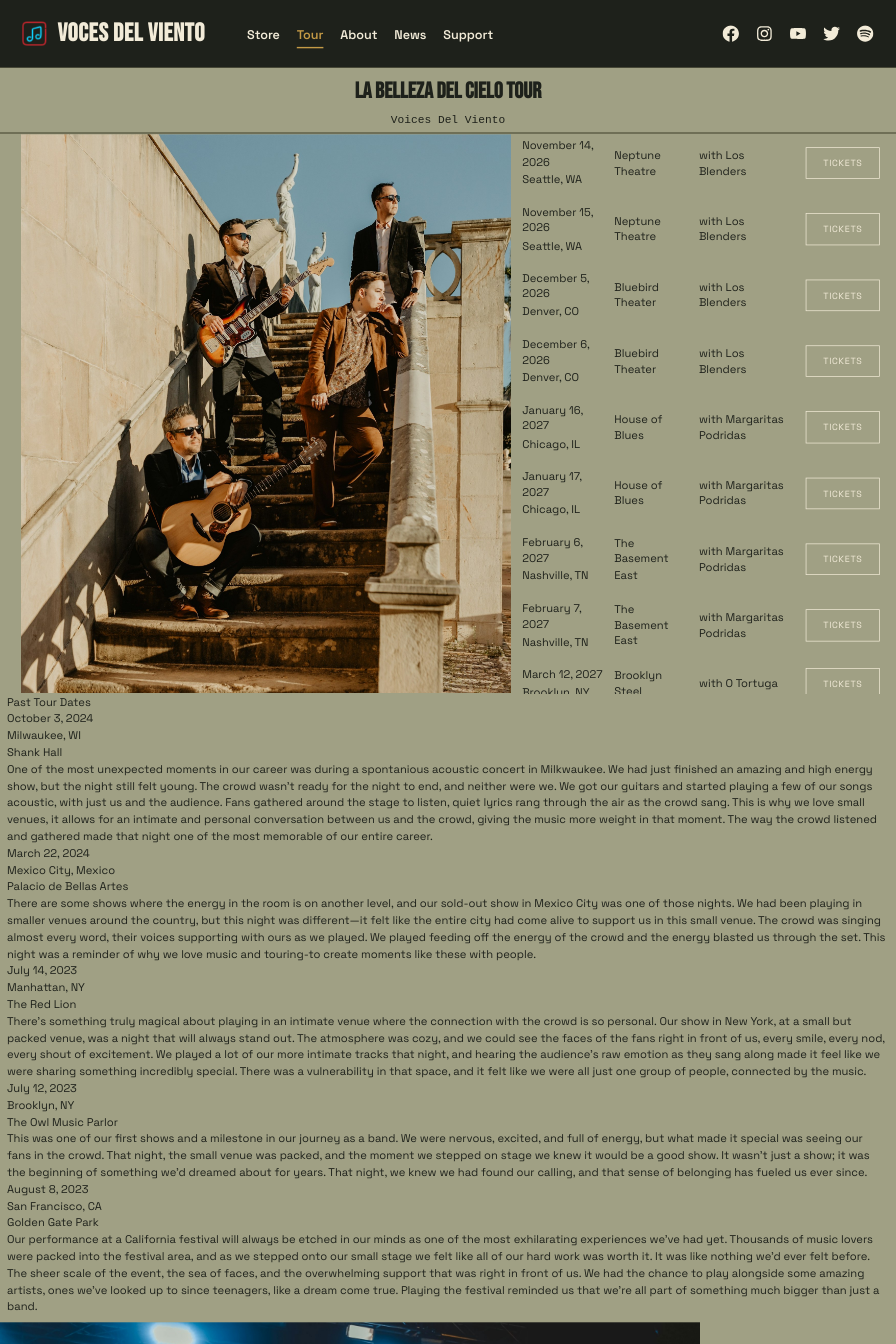
Repository: lime929/voices-del-viento
Page: /tour
These files come from the project's save history. The page is drawn as it stood at one moment and after a run of saves; the edit follows.
The browser window is 1280 px wide. The pictures show the part of the page from y = 0 to 1920 px (the page is 9957 px tall), at 70% of full size.
An inner scrolling area shows only its first screen. The project was rebuilt for these pictures with package versions that can differ from the ones it lists, and the page was loaded fresh each time. The framework's server and built-in components were replaced by stand-ins that run in the browser. Also part of the build but not shown: next.config.mjs.

Above is the page before, as saved 2026-09-14 15:40:50.

### app/layout.jsx
import '../app/globals.css';
import Footer from '../app/components/Footer';
import NavBar from '../app/components/NavBar';


export const metadata = {
  title: "Voces del Viento",
  description:
    "Voces del Viento is a Mexican indie rock band from Michoacán, blending classic Latin rock influences with modern sounds inspired by Caifanes, Juanes, and Los Enanitos Verdes. Discover their heartfelt music, cultural roots, and energetic live performances.",
  keywords: [
    "Voces del Viento",
    "Mexican indie rock",
    "Michoacán, Mexico",
    "Latin rock",
    "Alternative music",
    "band from Mexico",
    "indie music",
  ],
};

export default function MainLayout({ children }) {
  return (
    <html lang="en">
      <body>
        <NavBar />
        {children}
        <Footer />
      </body>
    </html>
  );
}

### app/tour/page.jsx
import styles from "./page.module.css";
import TourCurrent from "../components/TourCurrent";
import TourPast from "../components/TourPast";
import tours from "./tours.json";
import Image from "next/image";
import tourImage from "../../public/images/tour/tourImage.jpg";
import TourGallery from "../components/TourGallery";

export const metadata = {
  title: "Voces del Viento | Tour",
  description: "Live performances and tour dates for Voces del Viento. Check out our upcoming concerts and events.",
  keywords: [
    "Voces del Viento",
    "Concert announcements",
    "Live performances",
    "Tour dates",
    "Music events",
    "Band tour",
    "Live music",
    "Concert schedule",
    "Tour updates",
    "Music tour"
  ]
};

export default function TourPage() {
  const upcomingTours = tours.filter((tour) => tour.status === "upcoming");
  const pastTours = tours.filter((tour) => tour.status === "past");

  return (
    <>
      <div className={styles.tourContainer}>
      <div className={styles.tourHeader}>
        <h2 className={styles.tourTitle}>La Belleza del Cielo Tour</h2>
        <h4 className={styles.bandName}>Voices Del Viento</h4>
      </div>
       <div className={styles.currentColumns}>
  <div className={styles.currentTourImageWrap}>
          <Image
            src={tourImage}
            alt="Band's Tour image"
            width={700}
            height={800}
            sizes="100vw"
            className={styles.tourImage}
          />
        </div>
          <div className={styles.currentTourList}>
            {upcomingTours.map((tour) => (
            <TourCurrent key={tour.id} tour={tour} />
          ))}
          </div>
        </div>

        <div className={styles.pastTourList}>
          <h3 className={styles.pastTourTitle}>Past Tour Dates</h3>
          {pastTours.map((tour) => (
            <TourPast key={tour.id} tour={tour} />
          ))}
        </div>
      </div>
      <TourGallery />
    </>
  );
}

### app/globals.css
/* @import url("https://fonts.googleapis.com/css2?family=Bebas+Neue&family=DM+Sans:opsz,wght@9..40,400;9..40,500;9..40,600;9..40,700&family=Space+Mono:wght@400;700&display=swap");
@import url('https://fonts.googleapis.com/css2?family=Space+Grotesk:wght@300..700&display=swap'); */

@import url('https://fonts.googleapis.com/css2?family=Archivo+Black&family=Bebas+Neue&family=DM+Sans:ital,opsz,wght@0,9..40,100..1000;1,9..40,100..1000&family=Oswald:wght@200..700&family=Roboto+Mono:ital,wght@0,100..700;1,100..700&family=Space+Grotesk:wght@300..700&display=swap');
@import "tailwindcss";

@theme {
      /* Large headings and album titles */
  --font-display: "Bebas Neue", sans-serif;
    /* Paragraphs, navigation, and buttons */
  --font-body: "Space Grotesk", sans-serif;
    /* Dates, labels, and small details */
  --font-mono: "Space Mono", monospace;

    /* Main page background */
  --color-band-bg: #A0A084;
    /* Main text, dark sections & footer */
  --color-band-ink: #1E211B;
    /* Text on dark/red backgrounds */
  --color-band-cream: #F2EBD8;
    /* Borders and secondary accents */
  --color-band-olive: #5a5a44;
    /* Small highlights and labels */
  --color-band-gold: #C49A46;
}

body {
  font-family: var(--font-body);
  background-color: var(--color-band-bg);
  color: var(--color-band-ink);
  margin: 0;
  padding: 0;
}

### app/components/Footer.jsx
export default function Footer() {
  return (
    <footer className="border-t border-band-olive bg-band-ink py-8 px-4 sm:px-6">
      <div className="mx-auto max-w-6xl">
        <div className="flex flex-col items-center justify-between gap-8 text-sm md:flex-row">
          {/* Copyright */}
          <div className="order-2 text-center md:order-1 md:text-left">
            <p className="font-semibold text-band-cream">
              © {new Date().getFullYear()}{' '}
              <span className="font-black text-band-cream">Voices Del Viento</span>
            </p>
            <p className="mt-1 font-mono text-xs tracking-wider text-band-gold">
              Made with Next.js & Tailwind by Liliana Mendez
            </p>
          </div>

          {/* Right links */}
          <nav className="order-1 flex items-center gap-6 md:order-2">
            <a
              href="/store"
              className="border-b-2 border-transparent pb-1 text-sm font-semibold text-band-cream transition-all duration-200 hover:border-band-gold hover:text-band-gold"
            >
              Store
            </a>
            <a
              href="/tour"
              className="border-b-2 border-transparent pb-1 text-sm font-semibold text-band-cream transition-all duration-200 hover:border-band-gold hover:text-band-gold"
            >
              Tour
            </a>
            <a
              href="/about"
              className="border-b-2 border-transparent pb-1 text-sm font-semibold text-band-cream transition-all duration-200 hover:border-band-gold hover:text-band-gold"
            >
              About
            </a>
            <a
              href="/news"
              className="border-b-2 border-transparent pb-1 text-sm font-semibold text-band-cream transition-all duration-200 hover:border-band-gold hover:text-band-gold"
            >
              News
            </a>
            <a
              href="/support"
              className="border-b-2 border-transparent pb-1 text-sm font-semibold text-band-cream transition-all duration-200 hover:border-band-gold hover:text-band-gold"
            >
              Support
            </a>
          </nav>
        </div>
      </div>
    </footer>
  );
}

### app/components/NavBar.jsx
'use client';
import { useState } from "react";
import Link from "next/link";
import Image from "next/image";
import { usePathname } from "next/navigation";
import { FaBars, FaTimes, FaFacebook, FaInstagram, FaYoutube, FaTwitter,FaSpotify } from "react-icons/fa";
import logoIcon from '../../app/icon.png';

export default function NavBar() {
  const [isMobileMenuOpen, setIsMobileMenuOpen] = useState(false);
  const pathname = usePathname();

  return (
    <>
      <nav className="bg-band-ink border-b border-band-olive sticky top-0 z-50">
        <div className="px-4 lg:px-6">
          <div className="relative flex h-24 items-center justify-between">

            {/* Mobile menu button: always positioned absolute left and hidden on md+ screens */}
            <div className="absolute inset-y-0 left-0 flex items-center md:hidden">
              <button
                onClick={() => setIsMobileMenuOpen(!isMobileMenuOpen)}
                className="inline-flex items-center justify-center p-2 rounded-md text-band-cream hover:text-band-gold hover:bg-band-olive/20 focus:outline-none focus:ring-2 focus:ring-band-gold"
                aria-controls="mobile-menu"
                aria-expanded={isMobileMenuOpen}
              >
                <span className="sr-only">Open main menu</span>
                {isMobileMenuOpen ? (
                  <FaTimes className="block h-6 w-6" />
                ) : (
                  <FaBars className="block h-6 w-6" />
                )}
              </button>
            </div>

            <div className="flex flex-1 items-center justify-center md:justify-start">
              <Link href="/" className="flex flex-shrink-0 items-center gap-2 hover:opacity-90 transition">
                <Image
                  src={logoIcon}
                  alt="Voices Del Viento Logo"
                  width={50}
                  height={50}
                  priority
                />

                <span className="hidden font-display text-4xl font-bold uppercase tracking-wide text-band-cream transition-colors hover:text-band-gold md:block md:mr-9">
                Voces Del Viento
                </span>
              </Link>


              <div className="hidden md:ml-6 md:block md:pt-2">
                <div className="flex space-x-4 lg:space-x-6">
                  <Link
                    href="/store"
                    className={`${
                      pathname === "/store" ? "border-b-2 border-band-gold text-band-gold" : "border-b-2 border-transparent text-band-cream hover:text-band-gold hover:border-band-gold"
                    } text-lg font-semibold pb-1 transition-all`}
                  >
                    Store
                  </Link>
                  <Link
                    href="/tour"
                    className={`${
                      pathname === "/tour" ? "border-b-2 border-band-gold text-band-gold" : "border-b-2 border-transparent text-band-cream hover:text-band-gold hover:border-band-gold"
                    } text-lg font-semibold pb-1 transition-all`}
                  >
                    Tour
                  </Link>
                  <Link
                    href="/about"
                    className={`${
                      pathname === "/about" ? "border-b-2 border-band-gold text-band-gold" : "border-b-2 border-transparent text-band-cream hover:text-band-gold hover:border-band-gold"
                    } text-lg font-semibold pb-1 transition-all`}
                  >
                    About
                  </Link>
                  <Link
                    href="/news"
                    className={`${
                      pathname === "/news" ? "border-b-2 border-band-gold text-band-gold" : "border-b-2 border-transparent text-band-cream hover:text-band-gold hover:border-band-gold"
                    } text-lg font-semibold pb-1 transition-all`}
                  >
                    News
                  </Link>
                  <Link
                    href="/support"
                    className={`${
                      pathname === "/support" ? "border-b-2 border-band-gold text-band-gold" : "border-b-2 border-transparent text-band-cream hover:text-band-gold hover:border-band-gold"
                    } text-lg font-semibold pb-1 transition-all`}
                  >
                    Support
                  </Link>
                </div>
              </div>
            </div>

            <div className="absolute inset-y-0 right-0 flex items-center pr-2 md:static md:ml-6 md:pr-0">
              <div className="flex items-center gap-2 text-band-cream">
             <button className="relative p-2 rounded-full transition-transform duration-250 ease-in-out hover:scale-110 hover:text-band-gold">
                    <FaFacebook className="h-6 w-6" />
                </button>
             <button className="relative p-2 rounded-full transition-transform duration-250 ease-in-out hover:scale-110 hover:text-band-gold">
                    <FaInstagram className="h-6 w-6" />
                </button>
             <button className="relative p-2 rounded-full transition-transform duration-250 ease-in-out hover:scale-110 hover:text-band-gold">
                    <FaYoutube className="h-6 w-6" />
                </button>
             <button className="relative p-2 rounded-full transition-transform duration-250 ease-in-out hover:scale-110 hover:text-band-gold">
                    <FaTwitter className="h-6 w-6" />
                </button>
            <button className="relative p-2 rounded-full transition-transform duration-250 ease-in-out hover:scale-110 hover:text-band-gold">
                    <FaSpotify className="h-6 w-6" />
                </button>
              </div>
            </div>
          </div>
        </div>

        {/* Mobile menu */}
        {isMobileMenuOpen && (
          <div className="md:hidden bg-band-ink/95 backdrop-blur-md border-t border-band-olive px-4 pb-4 pt-2 space-y-1">
            <Link
              href="/store"
              className={`${
                pathname === "/store" ? "bg-band-olive/20 text-band-cream" : "border-b-2 border-transparent text-band-cream hover:bg-band-olive/20 hover:text-band-gold"
              } block rounded-md px-3 py-3 text-base font-semibold transition-colors`}
              onClick={() => setIsMobileMenuOpen(false)}
            >
              Store
            </Link>
            <Link
              href="/tour"
              className={`${
                pathname === "/tour" ? "bg-band-olive/20 text-band-cream" : "border-b-2 border-transparent text-band-cream hover:bg-band-olive/20 hover:text-band-gold"
              } block rounded-md px-3 py-3 text-base font-semibold transition-colors`}
              onClick={() => setIsMobileMenuOpen(false)}
            >
              Tour
            </Link>
            <Link
              href="/about"
              className={`${
                pathname === "/about" ? "bg-band-olive/20 text-band-cream" : "border-b-2 border-transparent text-band-cream hover:bg-band-olive/20 hover:text-band-gold"
              } block rounded-md px-3 py-3 text-base font-semibold transition-colors`}
              onClick={() => setIsMobileMenuOpen(false)}
            >
              About
            </Link>
            <Link
              href="/news"
              className={`${
                pathname === "/news" ? "bg-band-olive/20 text-band-cream" : "border-b-2 border-transparent text-band-cream hover:bg-band-olive/20 hover:text-band-gold"
              } block rounded-md px-3 py-3 text-base font-semibold transition-colors`}
              onClick={() => setIsMobileMenuOpen(false)}
            >
              News
            </Link>
            <Link
              href="/support"
              className={`${
                pathname === "/support" ? "bg-band-olive/20 text-band-cream" : "border-b-2 border-transparent text-band-cream hover:bg-band-olive/20 hover:text-band-gold"
              } block rounded-md px-3 py-3 text-base font-semibold transition-colors`}
              onClick={() => setIsMobileMenuOpen(false)}
            >
              Support
            </Link>
          </div>
        )}
      </nav>
    </>
  );
}

### app/tour/page.module.css
/* Tour banner */
.tourContainer {
  display: flex;
  flex-direction: column;
  padding: 10px;
  background-color: var(--color-band-bg);
}

.tourHeader {
    align-items: center;
    text-align: center;
    width: 100vw;
    margin-left: calc(50% - 50vw);
    box-sizing: border-box;
}

.bandName {
  font-family: var(--font-mono);
  border-bottom: 2px solid var(--color-band-olive);
  padding-bottom: 5px;
}

.tourTitle {
  font-size: 2rem;
  font-weight: bold;
  margin-bottom: 5px;
  color: var(--color-band-ink);
  font-family: var(--font-display);
}

/* current tour entries */
.currentColumns {
  display: grid;
  grid-template-columns: 1fr 1fr;
  align-items: center;
  width: 100%;
}

.currentTourImageWrap {
  width: 700px;
  margin-top: 0;
  margin-left: 20px
}

.tourImage {
  width: 100%;
  height: auto;
  display: block;
}

.currentTourList {
  display: flex;
  flex-direction: column;
  gap: 0;
  max-height: 800px;
  overflow-y: auto;
  padding-right: 0.5rem;
}

.tourEntry {
  display: grid;
  grid-template-columns: 1.1fr 1fr 1.3fr auto;
  grid-template-rows: auto auto;
  align-items: center;
  gap: 1rem;
  padding: 0.4rem 0.3rem 0.1rem 1rem;
}

.tourEntry:hover {
  background-color: rgba(0, 0, 0, 0.05);
  transition: background-color 0.2s ease;
}

.tourDateLocation {
  display: flex;
  flex-direction: column;
  gap: 0.2rem;
}

.tourDateCell,
.tourLocationCell,
.tourVenueCell,
.tourGuestCell {
  font-size: 1rem;
  line-height: 1.4;
  margin: 0;
}

.tourTickets {
  justify-self: end;
  padding: 0.75rem 1.5rem;
  border: 1px solid var(--color-band-cream);
  text-decoration: none;
  color: var(--color-band-cream);
  text-transform: uppercase;
  letter-spacing: 0.08em;
  font-size: 0.8rem;
  transition: background-color 0.2s ease, color 0.2s ease;
}

.tourTickets:hover {
  background-color: #111;
  color: #fff;
}

/* smaller screens */
/* dates appear below img */
@media (width <= 768px) {
  .tourContainer {
    display: flex;
    flex-direction: column;
  }

  .currentColumns {
    display: flex;
    flex-direction: column;
    width: 100%;
  }

  .currentTourImageWrap {
    width: 100%;
    margin-left: 0;
  }
}

/* Tour Gallery */
/* Default thumbnail styling */
.tourGalleryImage {
  width: 100%;
  height: auto;
  cursor: zoom-in;
  transition: transform 0.3s ease; /* Smooth enlargement effect */
}

/* Styling applied when the image is clicked */
.tourGalleryImage.enlarged {
  transform: scale(2); /* Doubles the size. Adjust the scale ratio as needed */
  cursor: zoom-out;
  z-index: 999;        /* Layers it above other elements */
  position: relative;  /* Ensures z-index takes effect */
}

### app/components/TourCurrent.jsx
import styles from "../tour/page.module.css";

export default function TourCurrent({ tour }) {
  return (
    <div className={styles.tourEntry}>
      <div className={styles.tourDateLocation}>
        <div className={styles.tourDateCell}>{tour.date}</div>
        <div className={styles.tourLocationCell}>{tour.location}</div>
      </div>

      <div className={styles.tourVenueCell}>{tour.venue}</div>

      {tour.specialGuest && (
        <div className={styles.tourGuestCell}>{tour.specialGuest}</div>
      )}

      {tour.tickets && (
        <a
          href={tour.tickets.href}
          className={styles.tourTickets}
          target="_blank"
        >
          {tour.tickets.label}
        </a>
      )}
    </div>
  );
}

### app/components/TourPast.jsx
import styles from "../tour/page.module.css";

export default function TourPast({ tour }) {
  return (
  <>
    <div className={styles.pastTour}>
            <p className={styles.tourDate}>{tour.date}</p>
            <p className={styles.tourLocation}>{tour.location}</p>
            <p className={styles.tourVenue}>{tour.venue}</p>
            <p className={styles.tourDescription}>{tour.description}</p>
    </div>
  </>
  );
}

### app/components/TourGallery.jsx
"use client";

import { useState } from "react";
import Image from "next/image";
import styles from "../tour/page.module.css";
import tour1 from "../../public/images/tour/tour-1.jpg";
import tour2 from "../../public/images/tour/tour-2.jpg";
import tour3 from "../../public/images/tour/tour-3.jpg";
import tour4 from "../../public/images/tour/tour-4.jpg";
import tour5 from "../../public/images/tour/tour-5.jpg";
import tour6 from "../../public/images/tour/tour-6.jpg";
import tour7 from "../../public/images/tour/tour-7.jpg";
import tour8 from "../../public/images/tour/tour-8.jpg";

const images = [tour1, tour2, tour3, tour4, tour5, tour6, tour7, tour8];

export default function TourGallery() {
  const [selectedImage, setSelectedImage] = useState(images[0]);

  return (
    <div className={styles.tourGallery}>
      <div className={styles.tourSpotlight}>
        <Image
          src={selectedImage}
          alt="Selected tour image"
          width={1000}
          height={800}
          className={styles.tourSpotlightImage}
        />
      </div>

      <div className={styles.tourGalleryGrid}>
        {images.map((image, index) => (
          <button
            key={index}
            type="button"
            className={styles.tourGalleryThumbButton}
            onClick={() => setSelectedImage(image)}
            aria-label={`View tour image ${index + 1}`}
          >
            <Image
              src={image}
              alt={`Tour Image ${index + 1}`}
              width={300}
              height={240}
              className={styles.tourGalleryImage}
            />
          </button>
        ))}
      </div>
    </div>
  );
}

Loaded but not shown: app/tour/tours.json (247 lines, source omitted)

After the next 2 saves:
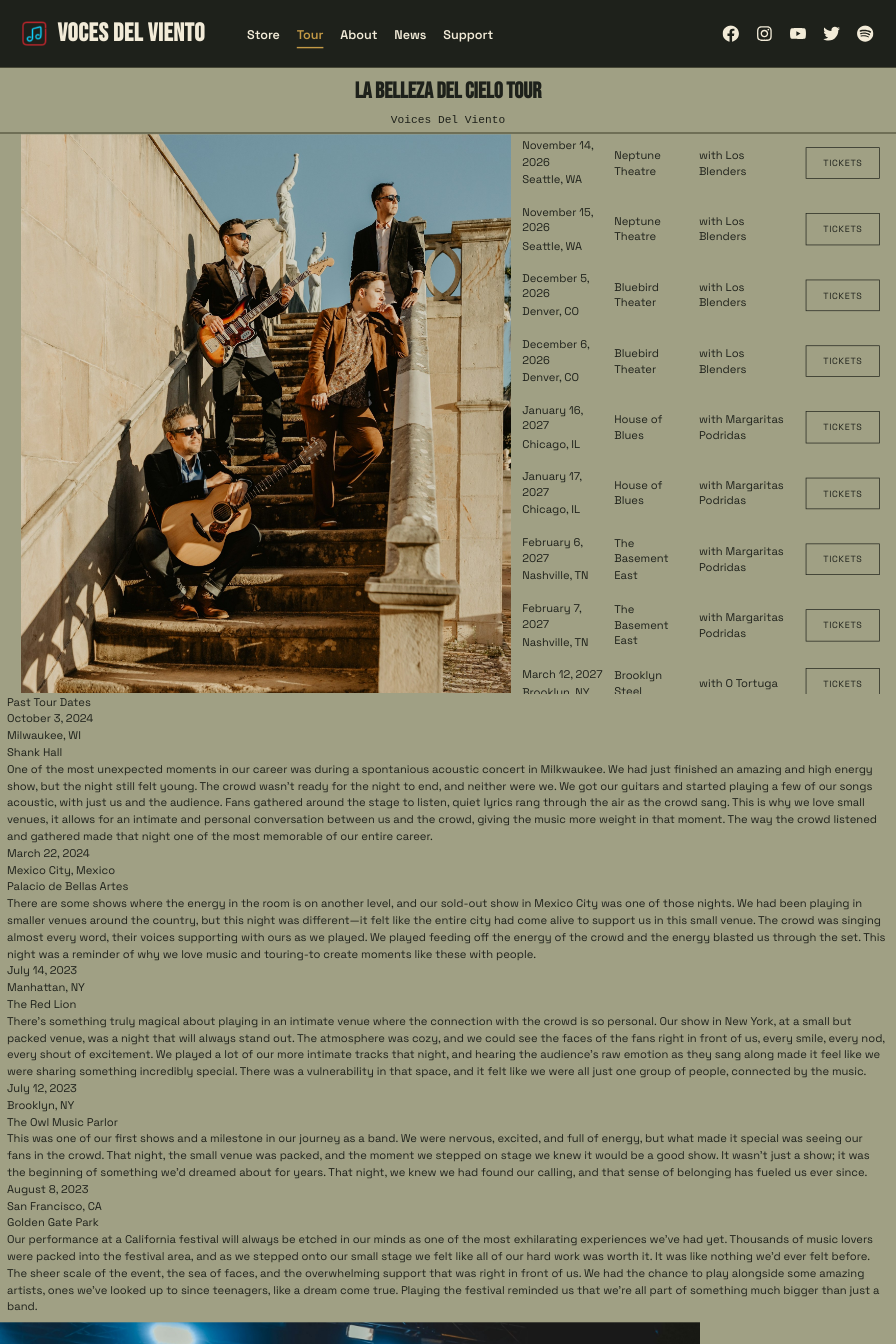
The 2 saves are shown as one change because they came seconds apart.
The last was saved 20 s later.
--- a/app/tour/page.module.css
+++ b/app/tour/page.module.css
@@ -89,9 +89,9 @@
 .tourTickets {
   justify-self: end;
   padding: 0.75rem 1.5rem;
-  border: 1px solid var(--color-band-cream);
+  border: 1px solid var(--color-band-ink);
   text-decoration: none;
-  color: var(--color-band-cream);
+  color: var(--color-band-ink);
   text-transform: uppercase;
   letter-spacing: 0.08em;
   font-size: 0.8rem;
